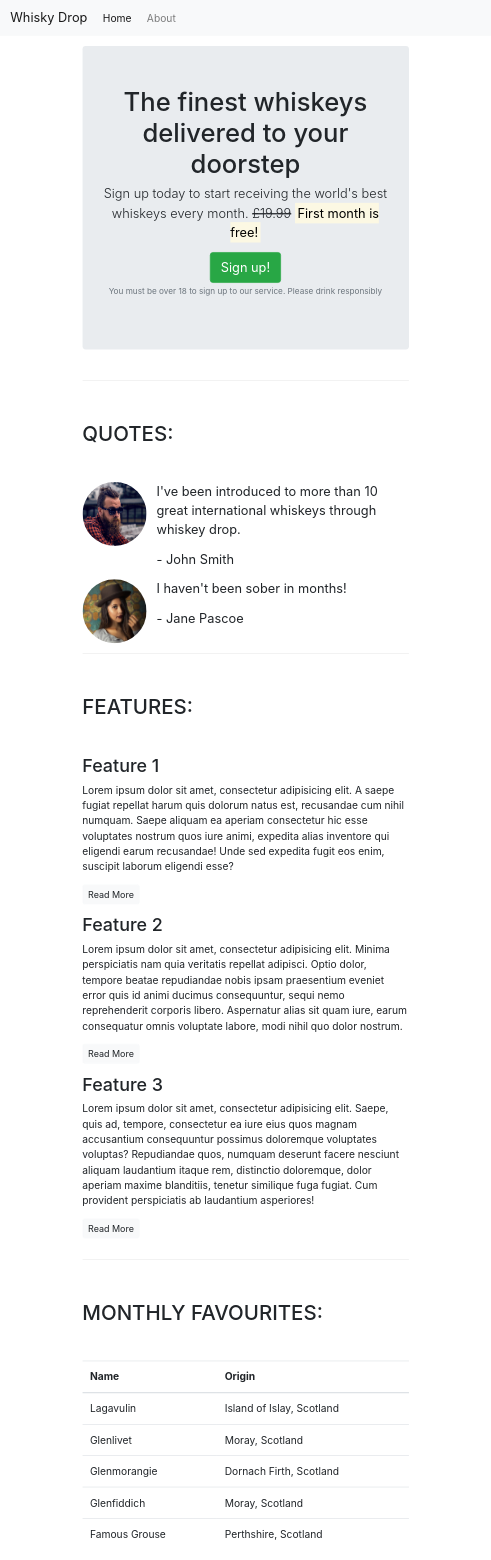
Repository: LouWills/WhiskeyDrop-bootstrap
Page: index.html
The author's editor kept a record of every edit. The page is drawn from the files as they stood at one moment, then again after the next edit.
The browser window is 767 px wide. The pictures show the whole page, at 64% of full size.

Above is the page before.
Console error: TypeError: Cannot read properties of undefined (reading 'fn')

### index.html
<!DOCTYPE html>
<html lang="en">
<head>
    <meta charset="UTF-8">
    <meta name="viewport" content="width=device-width, initial-scale=1.0">
    <meta http-equiv="X-UA-Compatible" content="ie=edge">
    <link rel="stylesheet" href="https://stackpath.bootstrapcdn.com/bootstrap/4.3.1/css/bootstrap.min.css" integrity="sha384-ggOyR0iXCbMQv3Xipma34MD+dH/1fQ784/j6cY/iJTQUOhcWr7x9JvoRxT2MZw1T" crossorigin="anonymous">
<script src="https://stackpath.bootstrapcdn.com/bootstrap/4.3.1/js/bootstrap.min.js" integrity="sha384-JjSmVgyd0p3pXB1rRibZUAYoIIy6OrQ6VrjIEaFf/nJGzIxFDsf4x0xIM+B07jRM" crossorigin="anonymous"></script>
    <!--main.css are my own styles on the website-->
    <link rel="stylesheet" href="main.css" type="text/css" />
    <title>Whiskey Drop_Taste a new whiskey every month</title>
</head>

<body>
    <nav class="navbar navbar-light bg-light navbar-expand-sm">
        <a href="/" class="navbar-brand">Whisky Drop</a>
        <ul class="navbar-nav mr-auto nav-list-1">
            <li class="active nav-item mr-2"><a class="nav-link" href="/">Home</a></li>
            <li class="nav-item mr-2"><a class="nav-link" href="/about">About</a></li>
            <li class="nav-item mr-2 d-block d-sm-none"><a class="nav-link" href="/login">Sign In/Sign Up</a></li>
        </ul>
        <div class="d-none d-md-block">
        <p class="navbar-text my-auto mr-2"><i>Great whiskey delivered to your door!</i></p>
        <a href="/login">Sign In/Sign Up</a>
        </div>
    </nav>
   <article class="container mt-3">
       <!--callout-->
       <div class="row">
           <div class="col-12">
               <section class="callout jumbotron text-center">
                   <h1>The finest whiskeys delivered to your doorstep</h1>
                   <p class="lead">Sign up today to start receiving the world's best whiskeys every month. <s class="d-none d-sm-inline">£19.99</s>
                   <span class="d-inline d-sm-none"><br></span>
                   <strong><mark>First month is free!</mark></strong></p>
                    <button class="btn btn-success btn-lg btn-tablet">Sign up!</button>
                   <p class="text-muted"><small>You must be over 18 to sign up to our service. Please drink responsibly</small></p>
               </section>
           </div>
       </div>
       <!--/.callout-->
       <hr>

       <!-- Quotes -->
       <section class="quotes">
           <div class="row">
               <div class="col-12 my-5">
                   <h2 class="text-uppercase">Quotes:</h2>
               </div>
           </div>
           <div class="row">
               <div class="col-12 col-md-6">
                   <div class="media">
                       <div class="d-none d-sm-block">
                           <img src="images/guy-image.png" class="rounded-circle mr-3" height=100 width=100>
                       </div>
                       <div class="media-body">
                           <blockquote class="blockquote">
                               <p>I've been introduced to more than 10 great international whiskeys through whiskey drop.</p>
                               <p>- John Smith</p>
                           </blockquote>
                       </div>
                   </div>
               </div>
               <div class="col-12 col-md-6">
                   <div class="media">
                       <img src="images/girl-image.png" class="rounded-circle mr-3" height=100 width=100>
                       <div class="media-body">
                           <blockquote class="blockquote">
                               <p>I haven't been sober in months!</p>
                               <p>- Jane Pascoe</p>
                           </blockquote>
                        </div>
                   </div>
               </div>
           </div>
        </section>
        <!--/.quotes-->

        <hr>

        <!--Features-->
        <section class="features">
            <div class="row">
                <div class="col-12 my-5">
                    <h2 class="text-uppercase">Features:</h2>
                </div>
            </div>
            <div class="row">
                <div class="col-12 col-md-6 col-lg-4">
                    <div class="feature">
                        <h3>Feature 1</h3>
                        <p>Lorem ipsum dolor sit amet, consectetur adipisicing elit. A saepe fugiat repellat harum quis dolorum natus est, recusandae cum nihil numquam. Saepe aliquam ea aperiam consectetur hic esse voluptates nostrum quos iure animi, expedita alias inventore qui eligendi earum recusandae! Unde sed expedita fugit eos enim, suscipit laborum eligendi esse?</p>
                        <p><a class="btn btn-sm btn-light btn-tablet" href="">Read More</a></p>
                    </div>
                </div>
                <div class="col-12 col-md-6 col-lg-4">
                    <div class="feature">
                        <h3>Feature 2</h3>
                        <p>Lorem ipsum dolor sit amet, consectetur adipisicing elit. Minima perspiciatis nam quia veritatis repellat adipisci. Optio dolor, tempore beatae repudiandae nobis ipsam praesentium eveniet error quis id animi ducimus consequuntur, sequi nemo reprehenderit corporis libero. Aspernatur alias sit quam iure, earum consequatur omnis voluptate labore, modi nihil quo dolor nostrum.</p>
                        <p><a class="btn btn-sm btn-light btn-tablet" href="">Read More</a></p>
                    </div>
                </div>
                <div class="col-12 d-md-none d-lg-block col-lg-4">
                    <div class="feature">
                        <h3>Feature 3</h3>
                        <p>Lorem ipsum dolor sit amet, consectetur adipisicing elit. Saepe, quis ad, tempore, consectetur ea iure eius quos magnam accusantium consequuntur possimus doloremque voluptates voluptas? Repudiandae quos, numquam deserunt facere nesciunt aliquam laudantium itaque rem, distinctio doloremque, dolor aperiam maxime blanditiis, tenetur similique fuga fugiat. Cum provident perspiciatis ab laudantium asperiores!</p>
                        <p><a class="btn btn-sm btn-light btn-tablet" href="">Read More</a></p>
                    </div>
                </div>
            </div>
        </section>
        <!-- /.Features -->

        <hr>

        <!--Monthly Favourites-->
        <section class="monthlyFavourites">
            <div class="row">
                <div class="col-12 my-5">
                    <h2 class="text-uppercase">Monthly favourites:</h2>
                </div>
            </div>
            <div class="row">
                <div class="col-12">
                    <table class="table">
                        <thead>
                            <tr>
                              <th scope="col" class="tab-header">Name</th>
                              <th scope="col" class="tab-header">Origin</th>
                            </tr>
                        </thead>
                        <tbody>
                            <tr>
                              <td>Lagavulin</td>
                              <td>Island of Islay, Scotland</td>
                            </tr>
                            <tr>
                              <td>Glenlivet</td>
                              <td>Moray, Scotland</td>
                            </tr>
                            <tr>
                              <td>Glenmorangie</td>
                              <td>Dornach Firth, Scotland</td>
                            </tr>
                             <tr>
                              <td>Glenfiddich</td>
                              <td>Moray, Scotland</td>
                            </tr>
                            <tr>
                              <td>Famous Grouse</td>
                              <td>Perthshire, Scotland</td>
                            </tr>
                        </tbody>
                    </table>
                </div>
            </div>
        </section>
   </article>
</body>
</html>

### main.css
/* .btn-signup {
    margin:auto;
    display:block;
}@media (max-width: 767px) {
    .btn-tablet {
    margin:auto;
    display:block;
}
}

After the next edit:
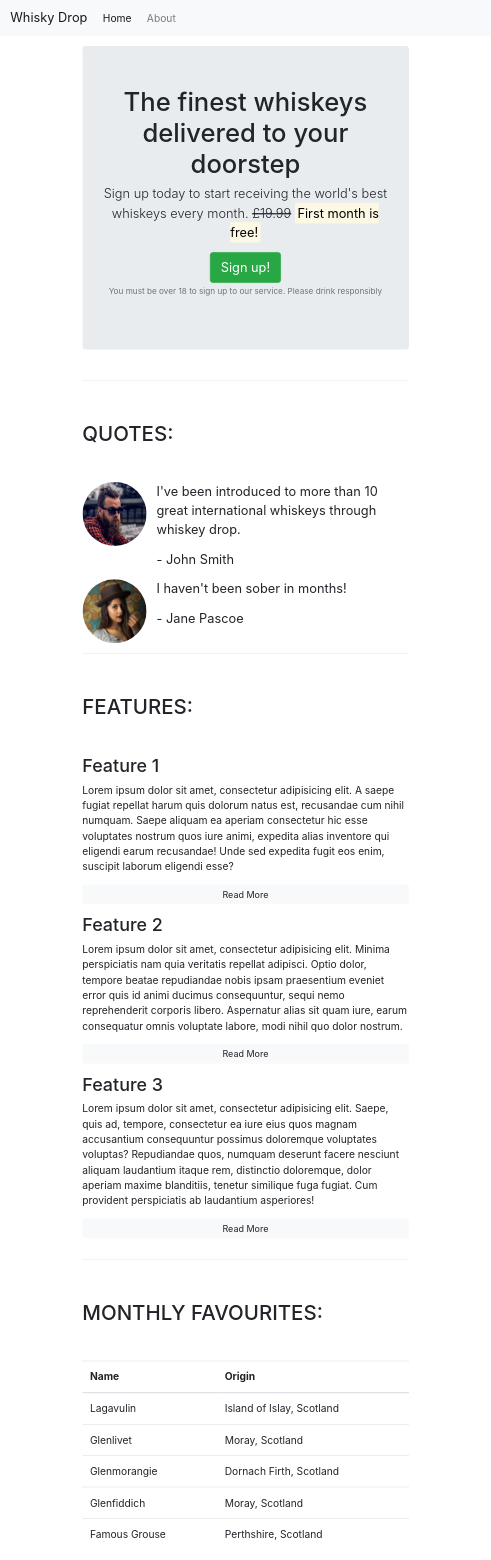
The edit:
--- a/main.css
+++ b/main.css
@@ -1,7 +1,11 @@
+@media (min-width: 767px) {
+
+}
+
 /* .btn-signup {
     margin:auto;
     display:block;
-}@media (max-width: 767px) {
+} */@media (max-width: 767px) {
     .btn-tablet {
     margin:auto;
     display:block;
